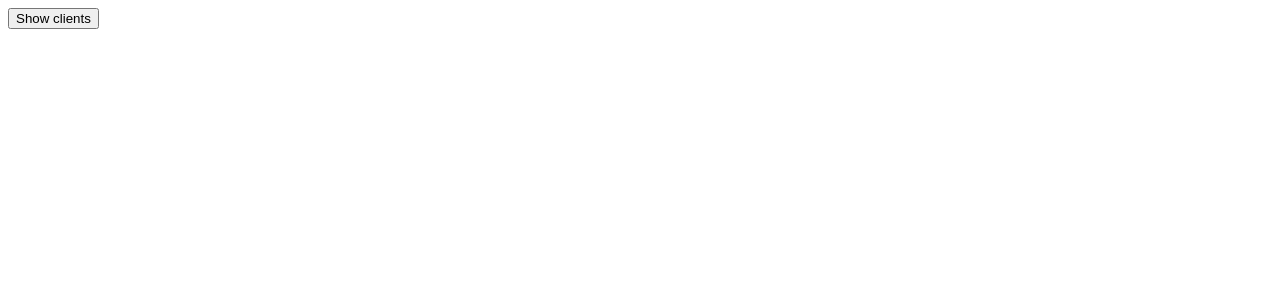
Repository: motiejus1/16-paskaita-PHP-05.31
Page: http://localhost/
An editor plug-in stored every save of this project. The page is shown before and after a run of saves, followed by the edit.
The browser window is 1280 px wide. The pictures show the whole page.
The page is run by PHP 8.4 with error messages shown; the project is at /var/www/html/.

Above is the page before, as saved 2021-09-08 18:31:01.

After the next 3 saves:
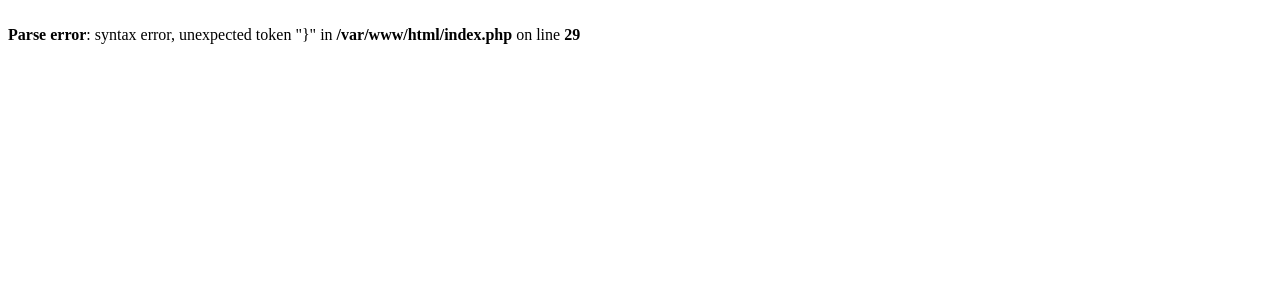
The 3 saves are shown as one change because they came seconds apart.
The last was saved 11 s later.
--- a/index.php
+++ b/index.php
@@ -25,7 +25,7 @@
             LIMIT 50
             ";
 
-
+            $result = $conn->query()
         }
 
 

After the save that followed:
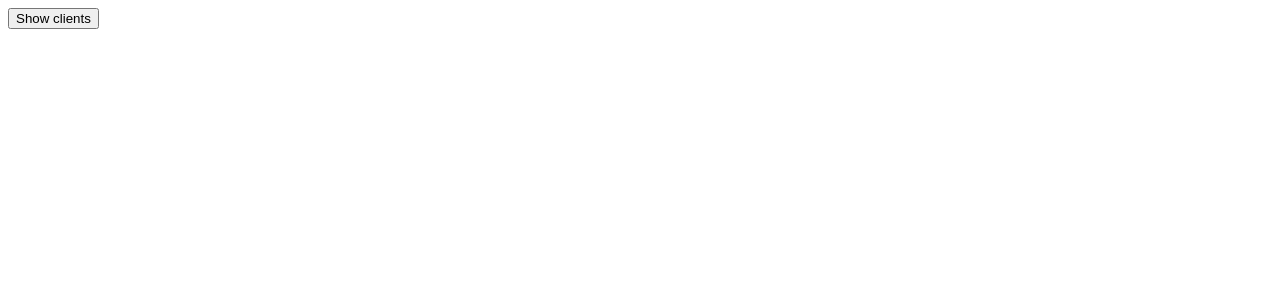
Saved 6 s later.
--- a/index.php
+++ b/index.php
@@ -25,7 +25,7 @@
             LIMIT 50
             ";
 
-            $result = $conn->query()
+            $result = $conn->query($sql);
         }
 
 
